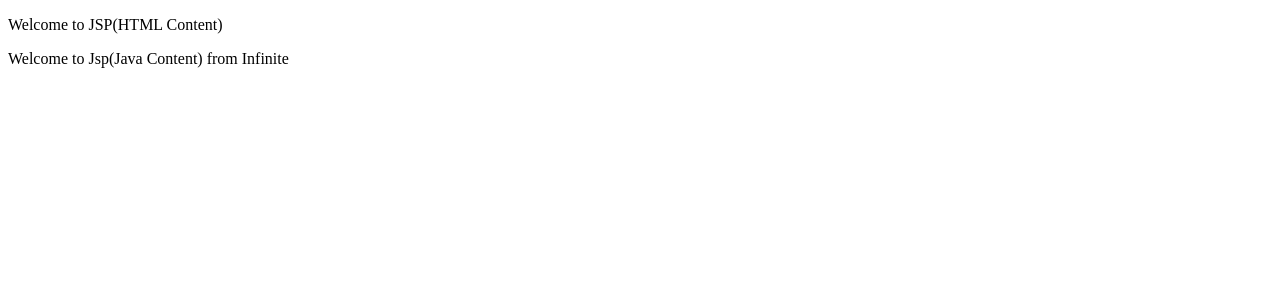
Repository: PersonalGithub26/Infinite-Training
Page: http://localhost/SessionManagemnet1/JspDemo.jsp
These files come from the project's save history. The page is drawn as it stood at one moment and after the next save; the edit follows.
The browser window is 1280 px wide. The pictures show the whole page.
The page is served by Tomcat 9. Other server files are loaded and not shown.

Above is the page before, as saved 2023-01-03 05:55:20.

### SessionManagment03-01/SessionManagemnet1/src/main/webapp/JspDemo.jsp
<%@ page language="java" contentType="text/html; charset=ISO-8859-1"
    pageEncoding="ISO-8859-1"%>
<!DOCTYPE html>
<html>
<head>
<meta charset="ISO-8859-1">
<title>Insert title here</title>
</head>
<body>
	<p>
	Welcome to JSP(HTML Content)
	</p>

	<%
		out.println("Welcome to Jsp(Java Content) from Infinite");
	%>

</body>
</html>

After the next save:
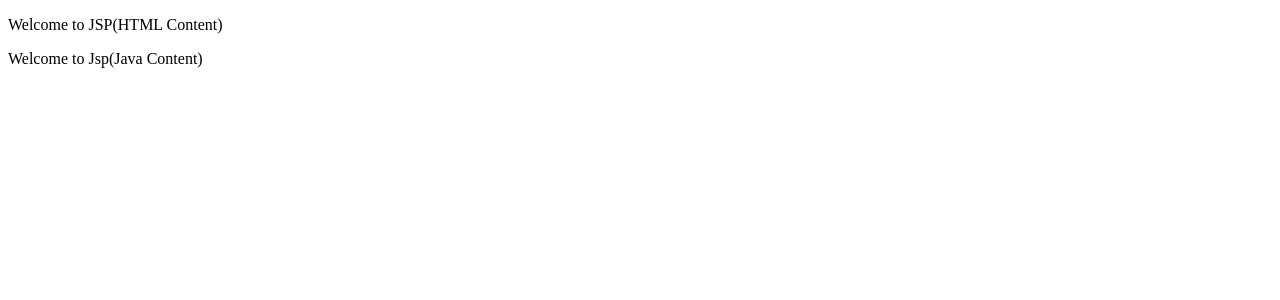
Saved 19 s later.
--- a/SessionManagment03-01/SessionManagemnet1/src/main/webapp/JspDemo.jsp
+++ b/SessionManagment03-01/SessionManagemnet1/src/main/webapp/JspDemo.jsp
@@ -12,7 +12,7 @@
 	</p>
 
 	<%
-		out.println("Welcome to Jsp(Java Content) from Infinite");
+		out.println("Welcome to Jsp(Java Content) ");
 	%>
 
 </body>
